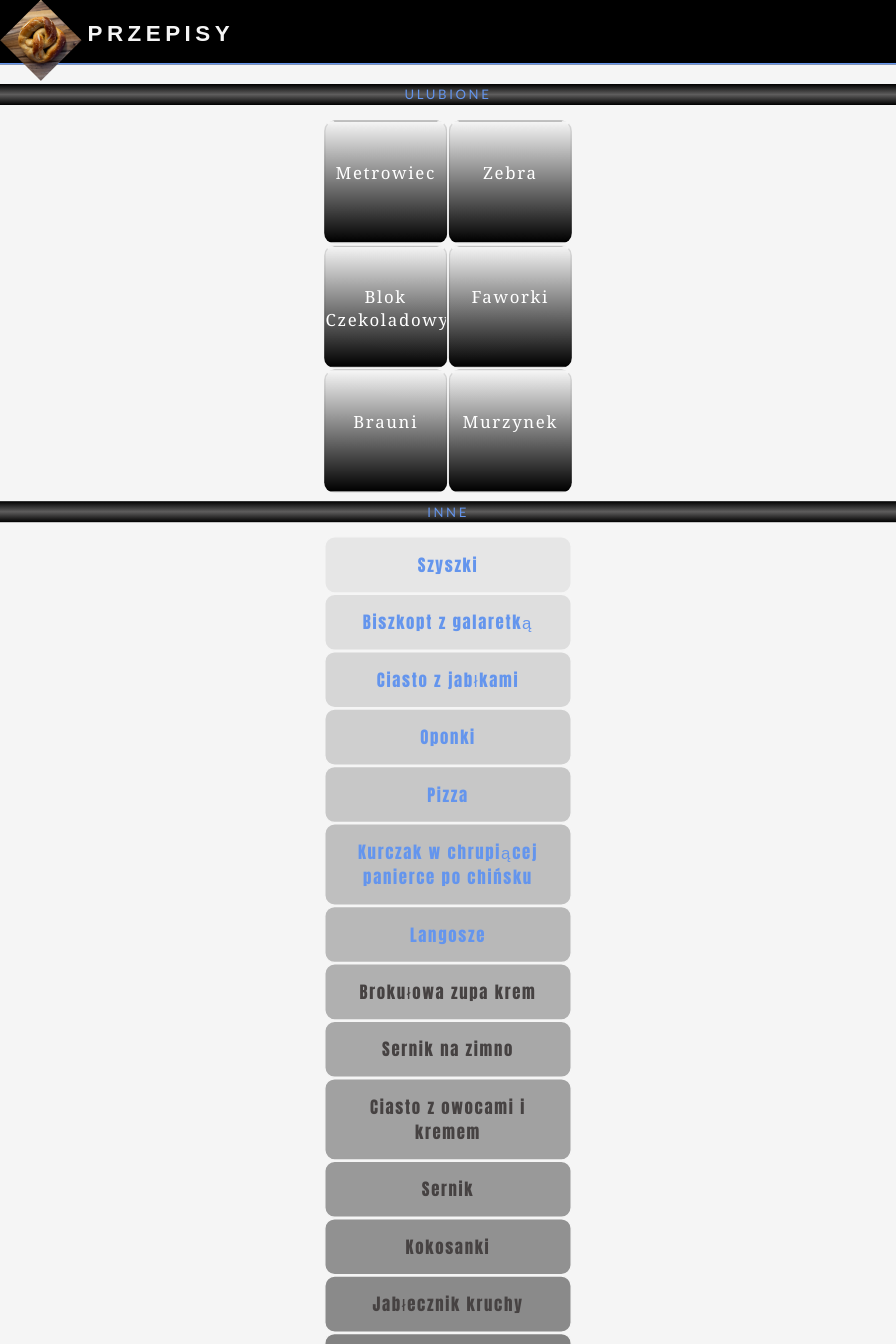
Repository: yaoayh/przepisy
Page: index.html
These files come from the project's save history. The page is drawn as it stood at one moment and after the next save; the edit follows.
The browser window is 1280 px wide. The pictures show the part of the page from y = 0 to 1920 px (the page is 3147 px tall), at 70% of full size.

Above is the page before, as saved 2020-08-14 00:47:16.

### index.html
<!DOCTYPE html>
<html>
    <head>
        <title>Przepisy</title>

        <meta charset="UTF-8">
        <meta name="viewport" content="width=device-width,
        initial-scale=1.0">
        <meta name="author" content="Dawid Litwin">

        <link rel="shortcut icon" href="images/icon.jpg">

        <link href="css/styles.css" type="text/css"
        rel="stylesheet" />
    </head>

    <body>
        <!--                HEADER                           -->
        <div id="header">
            <div class="picture">
                <a href="#top"><img src="images/precel.jpg" alt="precel"
                title="obrazek przedstawiajacy precel"
                width= "82,8" height= "82,8"></a>
            </div>
        <h1>Przepisy</h1>
        </div>


        <!--                    INFO 1                       -->

        <div class="info_Nr1">
            <h3>Ulubione</h3>
        </div>
        <!--                    SQARES                       -->

        <form class="head_Sqares">
            <!----------------------------------------------------------------------------------------------------------------------------------------------------------------------->
            <a class="m1" href="podstrony/metrowiec.html">
            <div class="sqares_Left">
                <p class="favorites">Metrowiec
                </p>
            </div></a>
            <a href="podstrony/Zebra.htm">
            <div class="sqares_Right">
                <p class="favorites">Zebra</p>
            </div></a>
            <!---->
            <a href="podstrony/blok_Czekoladowy.html"><div class="sqares_Left">
                <p class="bigger">Blok Czekoladowy</p>
            </div></a>
            <a href="podstrony/faworki.html"><div class="sqares_Right">
                <p>Faworki</p>
            </div></a>
            <!---->
            <a href="podstrony/brauni.html"> <div class="sqares_Left">
                <p>Brauni</p>
            </div></a>
            <a href="podstrony/murzynek.html"><div class="sqares_Right">
                <p>Murzynek</p>
            </div></a>
            <!----------------------------------------------------------------------------------------------------------------------------------------------------------------------->
        </form>
        <div class="info_Nr2">
            <h3>Inne</h3>
        </div>
        <!--            CZEŚĆ DRUGA                          -->

        <form class="main2">
            <a href="podstrony/szyszki.html"><div class="n1"><p class="p1">Szyszki</p></div></a>
            <a href="podstrony/biszkopt_z_galaretką.html"><div class="n2"><p class="p1">Biszkopt z galaretką</p></div></a>
            <a href="podstrony/ciasto_z_jablkami.html"><div class="n3"><p class="p1">Ciasto z jabłkami</p></div></a>
            <a href="podstrony/oponki.html"><div class="n4"><p class="p1">Oponki</p></div></a>
            <a href="podstrony/pizza.html"><div class="n5"><p class="p1">Pizza</p></div></a>
            <a href="podstrony/kurczak_po_chinsku.html"><div class="n6"><p class="p1">Kurczak w chrupiącej panierce po chińsku</p></div></a>
            <a href="podstrony/langosze.html"><div class="n7"><p class="p1">Langosze</p></div></a>
            <a href="podstrony/brokulowa_zupa_krem.html"><div class="n8"><p class="p1_Shadow">Brokułowa zupa krem</p></div></a>
            <a href="podstrony/sernik_na_zimno.html"><div class="n9"><p class="p1_Shadow">Sernik na zimno</p></div></a>
            <a href="podstrony/ciasto_z_owocami_i_kremem.html"><div class="n10"><p class="p1_Shadow">Ciasto z owocami i kremem</p></div></a>
            <a href="podstrony/sernik.html"><div class="n11"><p class="p1_Shadow">Sernik</p></div></a>
            <a href="podstrony/kokosanki.html"><div class="n12"><p class="p1_Shadow">Kokosanki</p></div></a>
            <a href="podstrony/jablecznik_kruchy.html"><div class="n13"><p class="p1_Shadow">Jabłecznik kruchy</p></div></a>
            <a href="podstrony/ciasto_kasi.html"><div class="n14"><p class="p1_Shadow">Ciasto Kasi</p></div></a>
            <a href="podstrony/ciasto_ucierane.html"><div class="n15"><p class="p1">Ciasto ucierane z owocami</p></div></a>
            <a href="podstrony/gofry.html"><div class="n16"><p class="p1">Gofry</p></div></a>
            <a href="podstrony/brauni.html"><div class="n17"><p class="p1">Brauni Kasi</p></div></a>
            <a href="podstrony/salatka_francuska.html"><div class="n18"><p class="p1">Sałatka francuska</p></div></a>
            <a href="podstrony/botwina.html"><div class="n19"><p class="p1">Botwina</p></div></a>
            <a href="podstrony/nalewka.html"><div class="n20"><p class="p1">Nalewka</p></div></a>
            <a href="podstrony/salatka_zolta.html"><div class="n21"><p class="p1">Sałatka żółta</p></div></a>
            <a href="podstrony/ogorki_konserwowe.html"><div class="n22"><p class="p1">Ogórki konserwowe</p></div></a>
            <a href="podstrony/zacierki.html"><div class="n23"><p class="p1">Zacierki</p></div></a>
            <div class="n24"><p class="p1">Zupa serowa z pulpetami</p></div>
            <a href="podstrony/sos_beszamelowy_zapiekany.html"><div class="n25"><p class="p1">Sos beszamelowy Zapiekany</p></div></a>
            <a href="podstrony/kurczak_z_antylii.html">
                <div class="n26">
                    <p class="p1">Kurczak z Antylii</p>
                </div>
            </a>
            <br>

        </form>
        <br><br><br>

        <!--            PRAWA AUTORIESKIE                    -->

        <form class="bottom">
            <strong> <q>Precel</q>
                by <a class="a_Bottom" href="https://www.flickr.com/photos/ajay_suresh/">ajay_suresh</a>
        </strong>
        </form>


    </body>
</html>

### css/styles.css

html{overflow: scroll;}
body {
    height: auto;
	margin: 0px;
    background-color: whitesmoke;
}

/*                      Nagłówek                    */
body.body_Undersite{
    padding: 5px;
}
#header {
    top: 0px;
    width: 100%;
    height: 90px;
    position: fixed;
    background-color: black;
    border-bottom: 2px solid cornflowerblue;}

.picture{
    margin: 16px;
    float: left;
    width: 82px;
    transform: rotate(45deg);}

h1 {
    text-transform: uppercase;
    font-family: Arial, Helvetica, sans-serif;
    letter-spacing: 0.2em;
    font-style: normal;
    color: whitesmoke;
    padding: 30px 30px 30px 15px;
    margin-left: 110px;
    margin-top: 0px;}


/*                  CZESC II                    */
form.main2{
    margin: auto;
    height: auto; /*531px;*/
    width: 354px;/*354px;*/
    background-color: whitesmoke;
    padding: 5px;}
.info_Nr1, .info_Nr2{
    background-image: linear-gradient( black,rgb(94, 93, 93),black);
    border: 12px 12px 12px 12px;
    border-color: black;
    border-style: single;
    text-align: center;
    margin-top: 120px;
    margin-bottom: 15px;
}

h3 {
    font-weight: normal;
    color: cornflowerblue;
    font-family: "Gill Sans", Arial, sans-serif;
    text-transform: uppercase;
    text-align: center;
    padding: 4px;
    margin: 0px;
    letter-spacing: 0.2em;}

/*                      BLOKI                   */

form.head_Sqares {
    margin: auto;
    height: 531px; /*531px;*/
    width: 354px;/*354px;*/
    background-color: whitesmoke;
    padding: 5px;}

.sqares_Left, .sqares_Right {
    text-decoration: none;
    border-radius: 15px;
    margin-top: 2px;
    width: 172px;
    height: 172px;
    background-image: linear-gradient(whitesmoke, black);
    color: white;
    overflow: auto;
    border: 2px solid rgba(0, 0, 0, .1);
    border-top: 2px solid rgba(245, 245, 245, 0.959);
    /* border-top: 2px solid rgb(133, 133, 133); */

}
.sqares_Left{
    float: left;
    }
/* .first_Choice{color: cornflowerblue;} */
.sqares_Right{
    float: right ;
    clear: right;}
p {

    border-radius: 5px;
    text-decoration: none;
    padding-top: 55px;
    text-align: center;
    font-family: Georgia, 'Times New Roman', Times, serif;
    font-size: x-large;
    letter-spacing: 0.10em;
    margin:0px;}
p.p1_Shadow{padding: 21px; color: rgb(70, 66, 66);
    font-family: Impact, Haettenschweiler, 'Arial Narrow Bold', sans-serif;
text-decoration: none;}
p.p1{
    font-family: Impact, Haettenschweiler, 'Arial Narrow Bold', sans-serif;
    text-decoration: none;
    padding: 21px;
    color: cornflowerblue;}
#bigger {
    font-size: 9px;
    padding: 0px 0px;}
.info_Nr2 {margin-top: 10px;}

.n1,.n2,.n3,.n4,.n5,.n6,.n7,.n8,.n9,.n10,.n11,.n12,.n13,.n14,.n15,.n16,.n17,.n18,.n19,.n20,.n21,.n22,.n23,.n24,.n25,.n26,.n27{
    border-radius: 15px;
    border: 2px solid whitesmoke;
    clear: both;}
div.n1 {

    background-color: hsl(0, 0%, 90%);
}
.n2{
    background-color: hsl(0,0%,87%);
}
.n3{
    background-color: hsl(0, 0%, 84%);
}
.n4{
    background-color: hsl(0, 0%, 81%);
}
.n5{
    background-color: hsl(0, 0%, 78%);
}
.n6{
    background-color: hsl(0, 0%, 75%);
}
.n7{
    background-color: hsl(0, 0%, 72%);
}
.n8{
    background-color: hsl(0, 0%, 69%);
}
.n9{
    background-color: hsl(0, 0%, 66%);
}
.n10{
    background-color: hsl(0, 0%, 63%);
}
.n11{
    background-color: hsl(0, 0%, 60%);
}
.n12{
    background-color: hsl(0, 0%, 57%);
}
.n13{
    background-color: hsl(0, 0%, 54%);
}
.n14{
    background-color: hsl(0, 0%, 51%);
}
.n15{
    background-color: hsl(0, 0%, 48%);
}
.n16{
    background-color: hsl(0, 0%, 45%);
}
.n17{
    background-color: hsl(0, 0%, 42%);
}
.n18{
    background-color: hsl(0, 0%, 39%);
}
.n19{
    background-color: hsl(0, 0%, 36%);
}
.n20{
    background-color: hsl(0, 0%, 33%);
}
.n21{
    background-color: hsl(0, 0%, 30%);
}
.n22{
    background-color: hsl(0, 0%, 27%);
}
.n23{
    background-color: hsl(0, 0%, 24%);
}
.n24{
    background-color: hsl(0, 0%, 21%);
}
.n25{
    background-color: hsl(0, 0%, 18%);
}
.n26{
    background-color: hsl(0, 0%, 15%);
}
.n27{background-color: hsl(0, 0%, 12%);}


/*                  PRAWA AUTORSKIE             */
.a_Bottom {
    text-decoration: none;
    color: white;
    text-decoration-line: underline;
}
.bottom {
    padding: 5px;
    text-decoration: none;
    background-color: black;
    color: white;
}
/**************************************************************************************/

#header_Undersite {
    top: 0px;
    width: 100%;
    height: 90px;
    position: fixed;
    background-color: black;
    border-bottom: 2px solid cornflowerblue;}
h1.h1_Undersite {
    letter-spacing: 0.15em;
}

a.m1:visited{
    color: cornflowerblue;
}
a {

    text-decoration: whitesmoke;

}
a:visited{
    color: whitesmoke;
}
a:hover{
    text-decoration: none;
    background-color: aquamarine;
    color: cyan;
}
td{
    font-size: large;
    text-decoration: solid;
    font-family: Arial, Helvetica, sans-serif;
    padding: 5px;
    background-color: cornflowerblue;
    border-radius: 5px;

}
form.form_Undersite{
    margin-top: 120px;
    background-color: rgb(245, 245, 245);
}
.name{
    max-width: 400px;
    border-radius: 35px;
    border: 8px double cornflowerblue;
    background-color: hsl(245,0%,95%);
    padding: 5px 0px 5px 5px;
    margin: 5px;}

h2 {
    text-align: left;
    font-size: x-large;
    text-transform: uppercase;
    font-family: Arial, Helvetica, sans-serif;
    letter-spacing: 0.2em;
    font-style: normal;
    color: whitesmoke;
    padding: 30px;
    border: 1px solid cornflowerblue;
    border-radius: 0px 20px 20px 0px;
    max-width: 120px;
    background-color: cornflowerblue;
    }
table {

    margin-right: 0px;
    padding: 10px 0px 10px 0px;
}
tr{
    empty-cells: hide;
}
td {
    width: 60px;
    background-color: hsl(0,0%,87%);
    border-radius: 10px;
    padding: 10px 5px 10px 10px;
    text-align: right;
    font-weight: bold;
}
td.table2{
    width: auto;
    background-color: cornflowerblue;
    border-radius: 50px;
    font-weight: normal;
    padding: 10px 10px 10px 10px;
    text-align: left;
}
ol{
    padding: 10px 0px 10px 0px;
    margin: 25px;
    border-radius: 20px;
    background-color: hsl(0,0%,87%);
}
li {

    font-family: Arial, Helvetica, sans-serif;
    font-size: large;
    padding: 15px 5px 10px 5px;
}
.ps{
    background-color: hsl(0,0%,87%);
    margin: 5px;
    border: 4px double cadetblue;
    border-radius: 5px;
    padding: 5px;
}

After the next save:
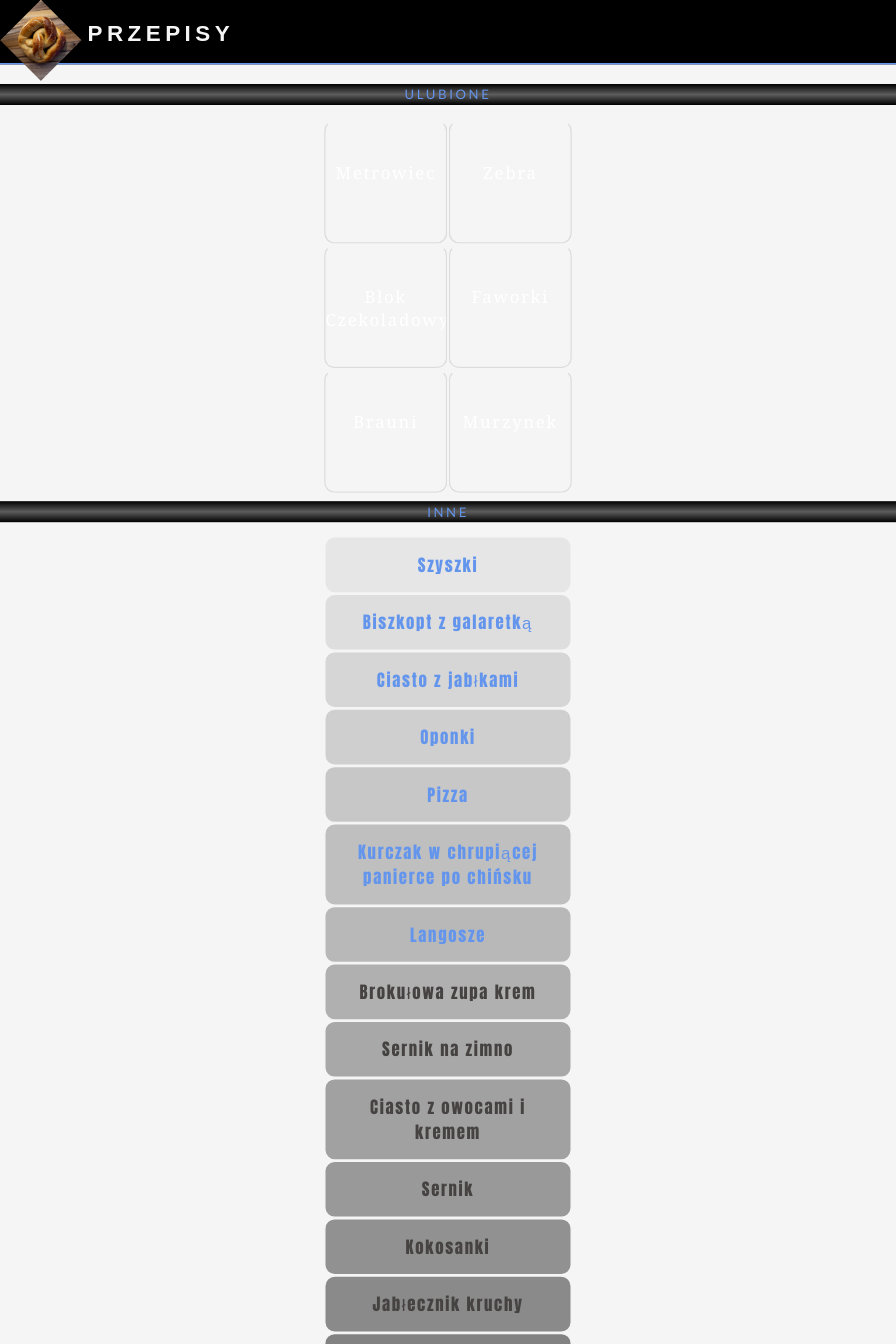
Saved 6 min 37 s later.
--- a/css/styles.css
+++ b/css/styles.css
@@ -77,7 +77,8 @@
     margin-top: 2px;
     width: 172px;
     height: 172px;
-    background-image: linear-gradient(whitesmoke, black);
+    background-image: linear-gradient(white, black black);
+    /* background-image: linear-gradient(whitesmoke, black); */
     color: white;
     overflow: auto;
     border: 2px solid rgba(0, 0, 0, .1);

After the 3 saves that followed:
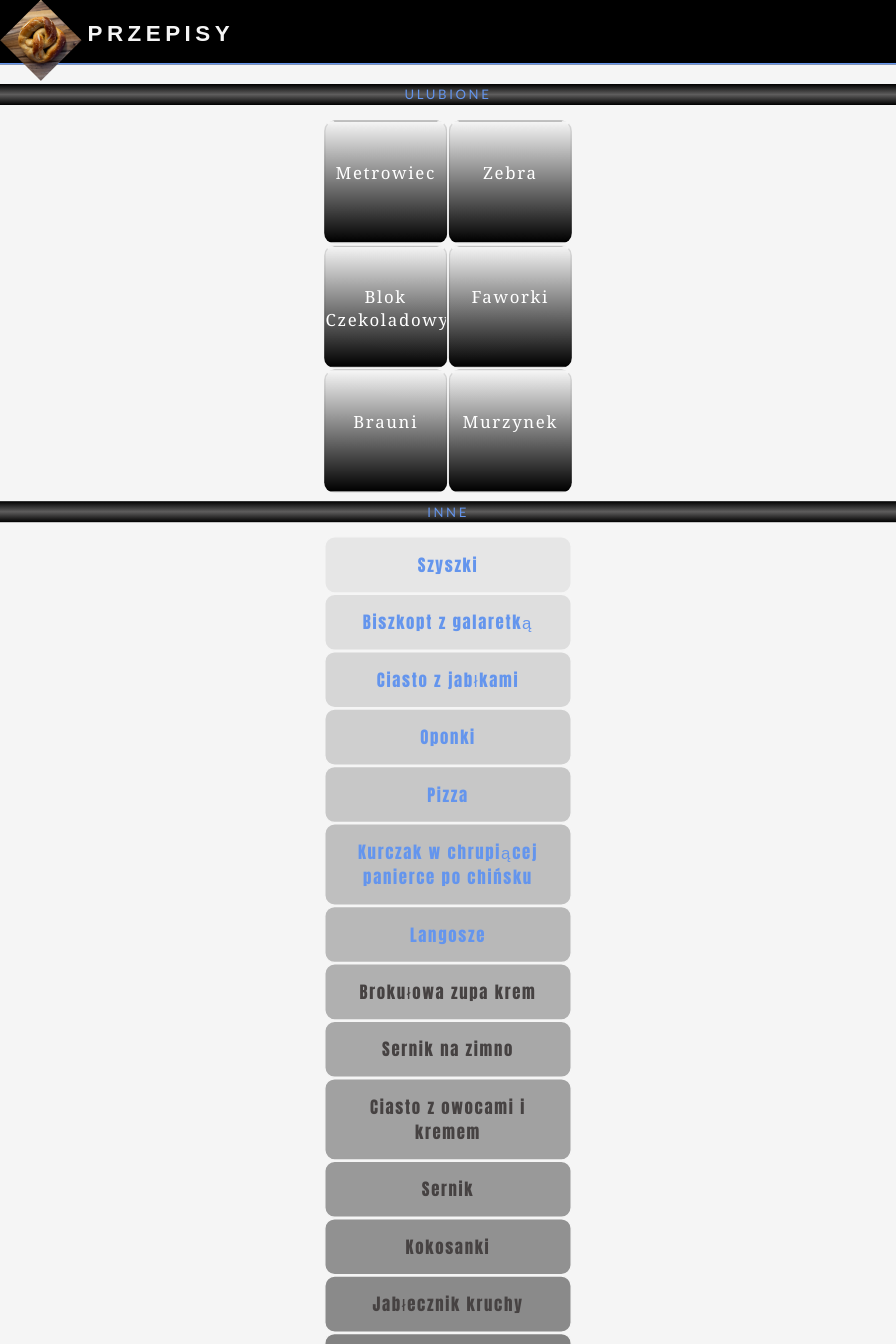
The 3 saves are shown as one change because 2 left the picture as it was.
The last was saved 48 s later.
--- a/css/styles.css
+++ b/css/styles.css
@@ -77,8 +77,7 @@
     margin-top: 2px;
     width: 172px;
     height: 172px;
-    background-image: linear-gradient(white, black black);
-    /* background-image: linear-gradient(whitesmoke, black); */
+    background-image: linear-gradient(whitesmoke, black);
     color: white;
     overflow: auto;
     border: 2px solid rgba(0, 0, 0, .1);
